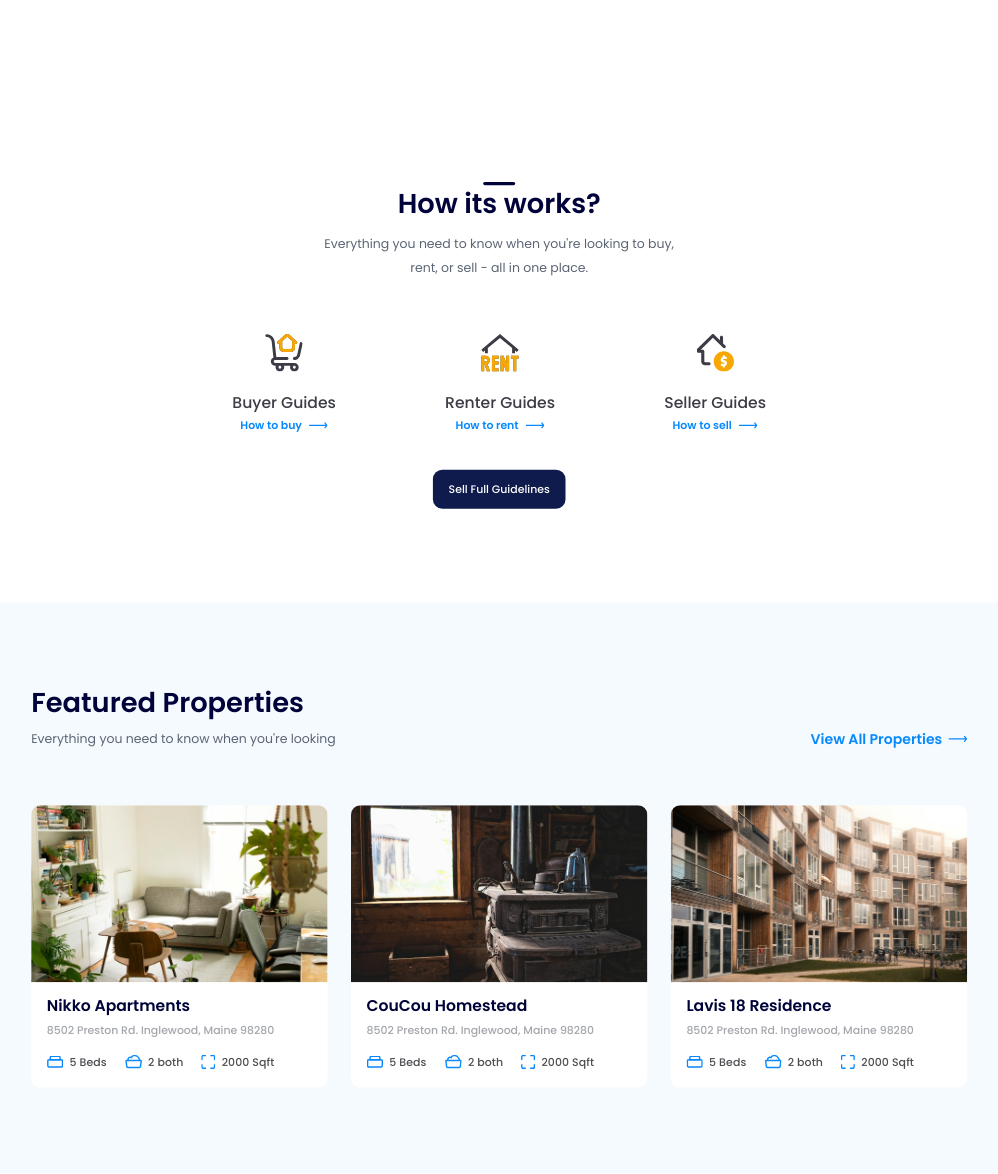
Repository: Tibi2003/f8-htmlcss-01
Page: index.html
An editor plug-in stored every save of this project. The page is shown before and after the next save, followed by the edit.
The browser window is 1280 px wide. The pictures show the part of the page from y = 1325 to 2842 px (the page is 2830 px tall before and 2842 px after), at 78% of full size.
A picture or video elsewhere on the page could not be fetched, so the positions and the page height are approximate.

Above is the page before, as saved 2024-02-24 14:09:59.

After the next save:
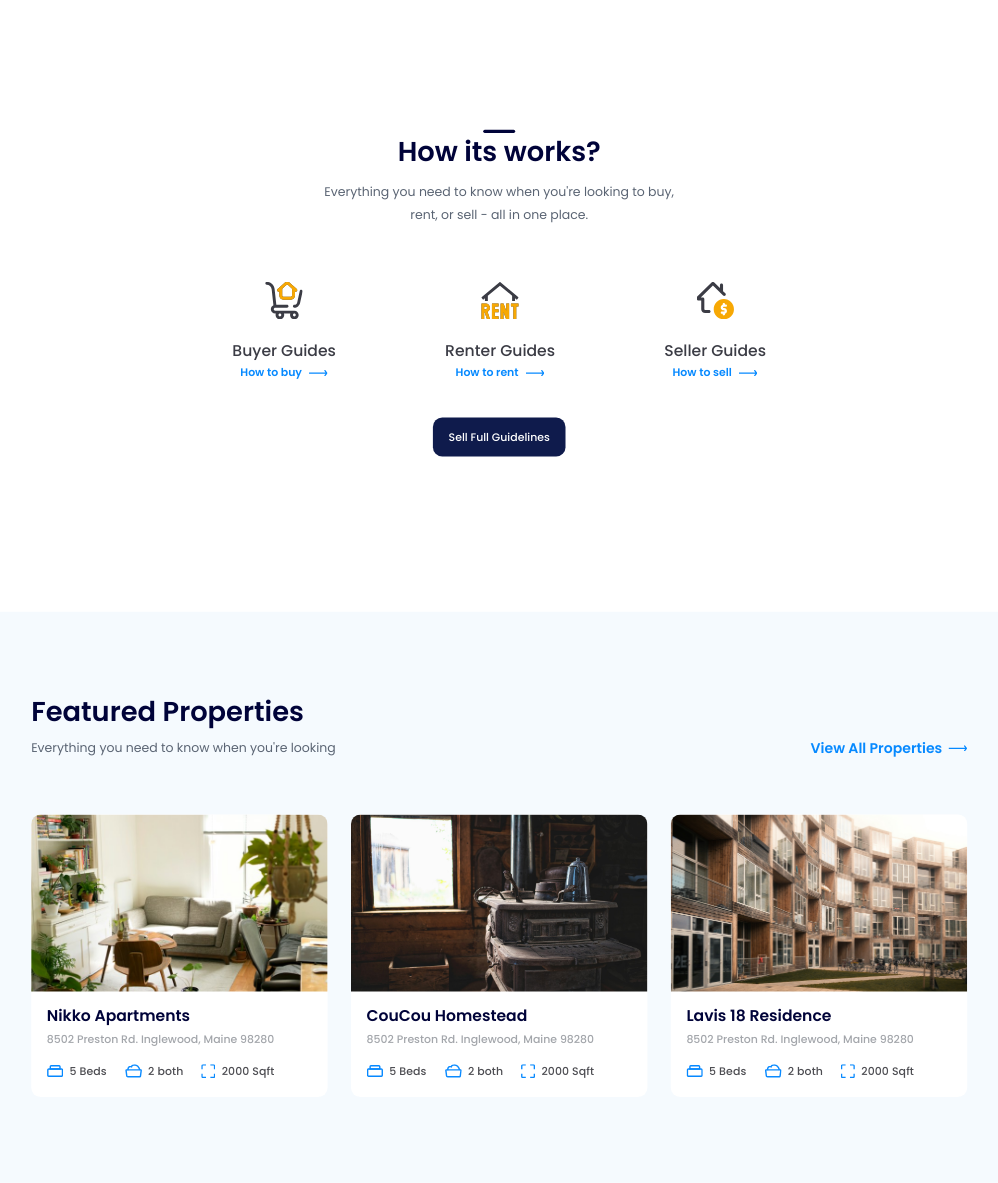
Saved 94 s later.
--- a/assets/css/styles.css
+++ b/assets/css/styles.css
@@ -162,7 +162,8 @@
 
 /* Guides */
 .guides {
-	margin-top: 200px;
+	margin-top: 40px;
+	padding: 93px 0 79px;
 }
 
 .guides .sub-title {
